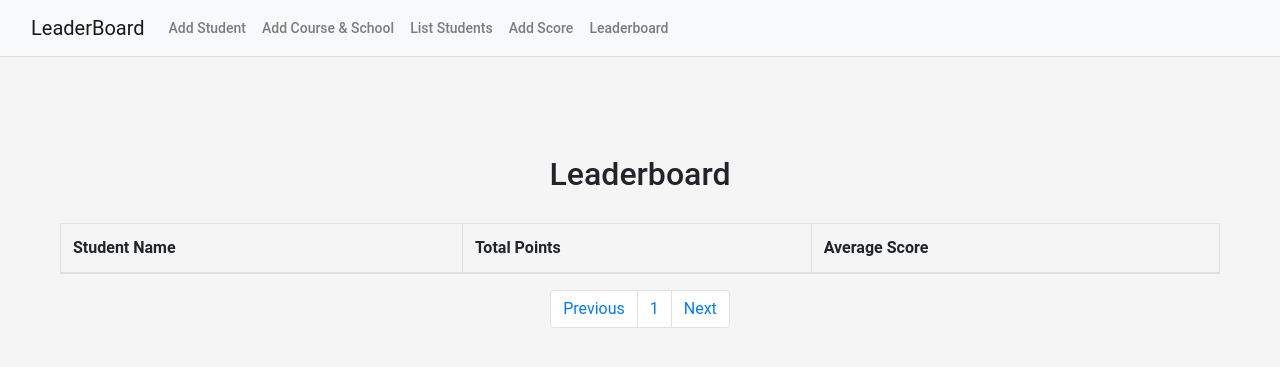
Repository: bigbodhiacademy/gBoard
Page: http://localhost/leaderboard.php?page=0
These files come from the project's save history. The page is drawn as it stood at one moment and after the next save; the edit follows.
The browser window is 1280 px wide. The pictures show the whole page.
The page is run by PHP 8.4 with error messages shown; the project is at /var/www/html/. The database holds what the project's SQL file puts in it.

Above is the page before, as saved 2023-04-21 22:02:37.
Not found: scripts.js

### leaderboard.php
<?php require_once 'functions.php'; ?>
<?php
    $limit = 10; // Number of rows to display per page
    $currentPage = isset($_GET['page']) ? intval($_GET['page']) : 1;
    $offset = ($currentPage - 1) * $limit;
    $totalRows = getLeaderboardRowCount();
    $totalPages = ceil($totalRows / $limit);
?>
<?php include 'header.php'; ?>


<div class="container mt-5">
    <h2 class="text-center">Leaderboard</h2>
    <table class="table table-bordered">
        <thead>
            <tr>
                <th>Student Name</th>
                <th>Total Points</th>
                <th>Average Score</th>
            </tr>
        </thead>
        <tbody>
            <?php
            $rank = 1;
            $leaderboardData = getLeaderboardData($offset, $limit);
            while ($row = $leaderboardData->fetch_assoc()):
            ?>
                <tr>
                    <th scope="row"><?php echo $rank; ?></th>
                    <td><?php echo $row['name']; ?> <?php echo getBadgeForRank($rank); ?></td>
                    <td><?php echo $row['total_points']; ?></td>
                    <td><?php echo number_format($row['average_score'], 2); ?></td>
                </tr>
            <?php
            $rank++;
            endwhile;
            ?>
        </tbody>


    </table>

    <!-- Add pagination links -->
    <nav aria-label="Page navigation">
    <ul class="pagination justify-content-center">
    <li class="page-item <?php if ($currentPage == 1) echo 'disabled'; ?>">
                <a class="page-link" href="?page=<?php echo $currentPage - 1; ?>" tabindex="-1" aria-disabled="true">Previous</a>
            </li>
            <?php for ($i = 1; $i <= $totalPages; $i++): ?>
                <li class="page-item <?php if ($i == $currentPage) echo 'active'; ?>"><a class="page-link" href="?page=<?php echo $i; ?>"><?php echo $i; ?></a></li>
            <?php endfor; ?>
            <li class="page-item <?php if ($currentPage == $totalPages) echo 'disabled'; ?>">
                <a class="page-link" href="?page=<?php echo $currentPage + 1; ?>">Next</a>
            </li>
        </ul>
    </nav>
</div>


<?php include 'footer.php'; ?>

### functions.php
<?php
include 'db_connection.php';

if ($_SERVER['REQUEST_METHOD'] == 'POST') {
  if (isset($_POST['action'])) {
      $action = $_POST['action'];

      switch ($action) {
        case 'add_student':
          $name = $_POST['student_name'];
          $email = $_POST['email'];
          $course_id = $_POST['course_id'];
          $school_id = $_POST['school_id'];
          addStudent($name, $email, $course_id, $school_id);
          header('Location: add_student.php?message=Student+Added');
          exit();

        case 'add_course':
          $course_name = $_POST['course_name'];
          $course_description = $_POST['course_description'];
          addCourse($course_name, $course_description);
          header('Location: add_school_course.php?message=Course+Added');
          exit();

        case 'add_school':
          $school_name = $_POST['school_name'];
          $location = $_POST['location'];
          addSchool($school_name, $location);
          header('Location: add_school_course.php?message=School+Added');
          exit();

        case 'edit_student':
          $student_id = $_POST['student_id'];
          $name = $_POST['student_name'];
          $email = $_POST['email'];
          $course_id = $_POST['course_id'];
          $school_id = $_POST['school_id'];
          editStudent($student_id, $name, $email, $course_id, $school_id);
          header('Location: list_students.php');
          exit();

        case 'add_score':
          $student_id = $_POST['student_id'];
          $date = $_POST['date'];
          $category1 = $_POST['score1'];
          $category2 = $_POST['score2'];
          $category3 = $_POST['score3'];
          $category4 = $_POST['score4'];
          addScore($student_id, $date, $category1, $category2, $category3, $category4);
          updateLeaderboard();

          header('Location: add_score.php');
          exit();

        case 'check_score_exists':
          if (isset($_POST['student_id'])) {
            $student_id = $_POST['student_id'];
            $date = $_POST['date'];
            $scoreExists = checkScoreExists($student_id, $date);
            echo json_encode($scoreExists);
            exit();
          }

        case 'get_student_scores':
          if (isset($_POST['student_id'])) {
            $student_id = $_POST['student_id'];
            $scores = getStudentScores($student_id);
            $scoresArray = array();
            while ($score = $scores->fetch_assoc()) {
                $scoresArray[] = $score;
            }
            echo json_encode($scoresArray);
          }

        case 'delete_score':
          if (isset($_POST['score_id'])) {
            $score_id = $_POST['score_id'];
            $deletedRows = deleteScore($score_id);
            if ($deletedRows > 0) {
              echo 'Score deleted successfully';
            } else {
              echo 'Error deleting score';
            }
            updateLeaderboard();

          }
          exit();

        case 'update_score':
          if (isset($_POST['score_id']) && isset($_POST['category1']) && isset($_POST['category2']) && isset($_POST['category3']) && isset($_POST['category4'])) {
              $score_id = $_POST['score_id'];
              $category1 = $_POST['category1'];
              $category2 = $_POST['category2'];
              $category3 = $_POST['category3'];
              $category4 = $_POST['category4'];

              $affectedRows = updateScore($score_id, $category1, $category2, $category3, $category4);
              if ($affectedRows > 0) {
                  echo 'Score updated successfully';
              } else {
                  echo 'Error updating score';
              }
              updateLeaderboard();

          }
          exit();
      }
  }
}

if ($_SERVER['REQUEST_METHOD'] == 'GET') {
  if (isset($_GET['action'])) {
    $action = $_GET['action'];
    if($action == 'delete_student'){
      $student_id = $_GET['id'];
      deleteStudent($student_id);
      header('Location: list_students.php');
      exit();
    }
  }
}


function addSchool($school_name, $location) {
  $conn = getConnection();

  $stmt = $conn->prepare("INSERT INTO schools (name, location) VALUES (?, ?)");
  $stmt->bind_param("ss", $school_name, $location);

  $stmt->execute();

  $stmt->close();
  $conn->close();
}

function getSchools() {
  global $conn;
  $schools = array();

  $query = "SELECT * FROM schools";
  $result = mysqli_query($conn, $query);

  if (mysqli_num_rows($result) > 0) {
      while ($row = mysqli_fetch_assoc($result)) {
          $schools[] = $row;
      }
  }

  return $schools;
}

function getSchoolById($school_id) {
  global $conn;
  $sql = "SELECT * FROM schools WHERE id = ?";
  $stmt = $conn->prepare($sql);
  $stmt->bind_param("i", $school_id);
  $stmt->execute();
  $result = $stmt->get_result();
  return $result->fetch_assoc();
}



function addCourse($course_name, $course_description) {
  global $conn;
  $date_added = date('Y-m-d');
  $sql = "INSERT INTO courses (name, description, date_added) VALUES (?, ?, ?)";

  $stmt = $conn->prepare($sql);
  $stmt->bind_param("sss", $course_name, $course_description, $date_added);
  $stmt->execute();
  $stmt->close();
  $conn->close();
}
function getCourseById($course_id) {
  global $conn;
  $sql = "SELECT * FROM courses WHERE id = ?";
  $stmt = $conn->prepare($sql);
  $stmt->bind_param("i", $course_id);
  $stmt->execute();
  $result = $stmt->get_result();
  return $result->fetch_assoc();
}


function editStudent($student_id, $name, $email, $course_id, $school_id) {
  global $conn;
  $query = "UPDATE students SET name = ?, email = ?, course_id = ?, school_id = ? WHERE id = ?";
  $stmt = mysqli_prepare($conn, $query);
  mysqli_stmt_bind_param($stmt, 'ssiii', $name, $email, $course_id, $school_id, $student_id);
  mysqli_stmt_execute($stmt);
}

function getStudentsWithCourseName() {
  $students = array();
  global $conn;

  $sql = "SELECT students.id, students.name, students.email, courses.name as course_name
          FROM students
          INNER JOIN courses ON students.course_id = courses.id";

  $result = $conn->query($sql);

  if ($result->num_rows > 0) {
      while ($row = $result->fetch_assoc()) {
          $students[] = $row;
      }
  }
  $conn->close();

  return $students;
}

function getStudentById($student_id) {
  global $conn;
  $query = "SELECT * FROM students WHERE id = ?";
  $stmt = mysqli_prepare($conn, $query);
  mysqli_stmt_bind_param($stmt, 'i', $student_id);
  mysqli_stmt_execute($stmt);
  $result = mysqli_stmt_get_result($stmt);
  return mysqli_fetch_assoc($result);
}


function addStudent($name, $email, $course_id, $school_id) {
  global $conn;
  //echo "add student";
  //print_r($name,$course_id);
  $stmt = $conn->prepare("INSERT INTO students (name, email, course_id, school_id) VALUES (?, ?, ?, ?)");
  $stmt->bind_param("ssii", $name, $email, $course_id, $school_id);

  $stmt->execute();

  $stmt->close();
  $conn->close();
}


/*function editStudent($id, $name, $email, $course_id) {
  global $conn;

  $stmt = $conn->prepare("UPDATE students SET name = ?, email = ?, course_id = ? WHERE id = ?");
  $stmt->bind_param("ssii", $name, $email, $course_id, $id);

  return $stmt->execute();
}*/

function deleteStudent1($id) {
  global $conn;

  $stmt = $conn->prepare("DELETE FROM students WHERE id = ?");
  $stmt->bind_param("i", $id);

  $stmt->execute();
  $stmt->close();
  $conn->close();
}
function deleteStudent($student_id) {
  global $conn;
  $query = "DELETE FROM students WHERE id = ?";
  $stmt = mysqli_prepare($conn, $query);
  mysqli_stmt_bind_param($stmt, 'i', $student_id);
  mysqli_stmt_execute($stmt);
}

function getAllStudents1() {
  global $conn;
  $sql = "SELECT students.*, courses.name as course_name, schools.name as school_name FROM students INNER JOIN courses ON students.course_id = courses.id INNER JOIN schools ON students.school_id = schools.id";
  $result = mysqli_query($conn, $sql);

  $students = array();
  if (mysqli_num_rows($result) > 0) {
      while ($row = mysqli_fetch_assoc($result)) {
          $students[] = $row;
      }
  }

  return $students;
}

function getAllStudents() {
  global $conn;
  $sql = "SELECT * FROM students";
  $result = $conn->query($sql);
  return $result;
}


function getStudents() {
  global $conn;

  $result = $conn->query("SELECT * FROM students");
  return $result->fetch_all(MYSQLI_ASSOC);
}

function getCourses() {
  global $conn;

  $result = $conn->query("SELECT * FROM courses");
  return $result->fetch_all(MYSQLI_ASSOC);
}

function addScore($student_id, $date, $category1, $category2, $category3, $category4) {
  global $conn;
  $query = "INSERT INTO scores (student_id, date, category1, category2, category3, category4) VALUES (?, ?, ?, ?, ?, ?)";
  $stmt = mysqli_prepare($conn, $query);
  mysqli_stmt_bind_param($stmt, 'isiiii', $student_id, $date, $category1, $category2, $category3, $category4);
  mysqli_stmt_execute($stmt);
}

function checkScoreExists($student_id, $date) {
  global $conn;

  $stmt = $conn->prepare("SELECT COUNT(*) as count FROM scores WHERE student_id = ? AND date = ?");
  $stmt->bind_param("is", $student_id, $date);
  $stmt->execute();
  $result = $stmt->get_result();
  $row = $result->fetch_assoc();

  return $row['count'] > 0;
}


function getStudentScores($student_id) {
  global $conn;
  $sql = "SELECT * FROM scores WHERE student_id = ?";
  $stmt = $conn->prepare($sql);
  $stmt->bind_param("i", $student_id);
  $stmt->execute();
  $result = $stmt->get_result();
  return $result;
}

function updateScore($scoreId, $category1, $category2, $category3, $category4) {
  global $conn;

  $stmt = $conn->prepare("UPDATE scores SET category1=?, category2=?, category3=?, category4=? WHERE id=?");
  $stmt->bind_param("iiiii", $category1, $category2, $category3, $category4, $scoreId);

  if ($stmt->execute()) {
      return true;
  } else {
    error_log("Update Score Error: " . $stmt->error);
      return false;
  }
}


function deleteScore($score_id) {
  global $conn;
  $sql = "DELETE FROM scores WHERE id = ?";
  $stmt = $conn->prepare($sql);
  $stmt->bind_param("i", $score_id);
  $stmt->execute();
  return $stmt->affected_rows;
}


function calculatePointsAndAverageScores() {
  global $conn;

  $students = getAllStudents();
  $results = [];

  while ($student = $students->fetch_assoc()) {
    $studentId = $student['id'];
    $scores = getStudentScores($studentId);

    $totalPoints = 0;
    $scoreCount = 0;

    while ($score = $scores->fetch_assoc()) {
      $totalPoints += $score['category1'] + $score['category2'] + $score['category3'] + $score['category4'];
      $scoreCount++;
    }

    $averageScore = $scoreCount > 0 ? $totalPoints / $scoreCount : 0;
    $results[] = ['student_id' => $studentId, 'total_points' => $totalPoints, 'average_score' => $averageScore];
  }

  return $results;
}

function updateLeaderboard() {
  global $conn;

  $pointsAndAverageScores = calculatePointsAndAverageScores();

  foreach ($pointsAndAverageScores as $result) {
    $studentId = $result['student_id'];
    $totalPoints = $result['total_points'];
    $averageScore = $result['average_score'];

    $stmt = $conn->prepare("INSERT INTO leaderboard (student_id, total_points, average_score) VALUES (?, ?, ?) ON DUPLICATE KEY UPDATE total_points = VALUES(total_points), average_score = VALUES(average_score)");
    $stmt->bind_param("iii", $studentId, $totalPoints, $averageScore);
    $stmt->execute();
  }
}

function getLeaderboardData($offset, $limit) {
  global $conn;

  $sql = "SELECT students.name, leaderboard.total_points, leaderboard.average_score FROM leaderboard INNER JOIN students ON leaderboard.student_id = students.id ORDER BY total_points DESC, average_score DESC LIMIT ?, ?";
  $stmt = $conn->prepare($sql);
  $stmt->bind_param("ii", $offset, $limit);
  $stmt->execute();

  $result = $stmt->get_result();
  return $result;
}


function getLeaderboardRowCount() {
  global $conn;

  $sql = "SELECT COUNT(*) as total_rows FROM leaderboard";
  $result = $conn->query($sql);
  $row = $result->fetch_assoc();

  return $row['total_rows'];
}

function getBadgeForRank($rank) {
  switch ($rank) {
      case 1:
          return '<span class="badge bg-gold">🥇</span>';
      case 2:
          return '<span class="badge bg-silver">🥈</span>';
      case 3:
          return '<span class="badge bg-bronze">🥉</span>';
      default:
          return '';
  }
}

?>

### db_connection.php
<?php
$servername = "localhost"; // Replace with your MySQL server address if it's not "localhost"
$username = "root"; // Replace with your MySQL username
$password = ""; // Replace with your MySQL password
$dbname = "leaderboard4";

// Create connection
$conn = new mysqli($servername, $username, $password, $dbname);

// Check connection
if ($conn->connect_error) {
  die("Connection failed: " . $conn->connect_error);
}
?>

### header.php
<!DOCTYPE html>
<html lang="en">

<head>
    <meta charset="UTF-8">
    <meta name="viewport" content="width=device-width, initial-scale=1.0">
    <title>LeaderBoard</title>
    <link href="https://cdn.jsdelivr.net/npm/bootstrap@5.1.3/dist/css/bootstrap.min.css" rel="stylesheet">
    <link rel="stylesheet" href="https://maxcdn.bootstrapcdn.com/bootstrap/4.5.2/css/bootstrap.min.css">
    <script src="https://ajax.googleapis.com/ajax/libs/jquery/3.5.1/jquery.min.js"></script>
    <script src="https://cdnjs.cloudflare.com/ajax/libs/popper.js/1.16.0/umd/popper.min.js"></script>
    <script src="https://maxcdn.bootstrapcdn.com/bootstrap/4.5.2/js/bootstrap.min.js"></script>
    <link href="https://maxcdn.bootstrapcdn.com/font-awesome/4.7.0/css/font-awesome.min.css" rel="stylesheet" />

    <link rel="stylesheet" href="styles.css">
    <script src="scripts.js"></script>
</head>

<body>
    <nav class="navbar navbar-expand-lg navbar-light bg-light">
        <div class="container-fluid">
            <a class="navbar-brand" href="index.php">LeaderBoard</a>
            <button class="navbar-toggler" type="button" data-bs-toggle="collapse" data-bs-target="#navbarNav" aria-controls="navbarNav" aria-expanded="false" aria-label="Toggle navigation">
                <span class="navbar-toggler-icon"></span>
            </button>
            <div class="collapse navbar-collapse" id="navbarNav">
                <ul class="navbar-nav">
                    <li class="nav-item">
                        <a class="nav-link" href="add_student.php">Add Student</a>
                    </li>
                    <li class="nav-item">
                        <a class="nav-link" href="add_school_course.php">Add Course & School</a>
                    </li>
                    <li class="nav-item">
                        <a class="nav-link" href="list_students.php">List Students</a>
                    </li>
                    <li class="nav-item">
                        <a class="nav-link" href="add_score.php">Add Score</a>
                    </li>
                    <li class="nav-item">
                        <a class="nav-link" href="leaderboard.php">Leaderboard</a>
                    </li>
                </ul>
            </div>
        </div>
    </nav>

### footer.php
<script src="https://code.jquery.com/jquery-3.6.0.min.js"></script>
    <script src="https://cdn.jsdelivr.net/npm/@popperjs/core@2.11.6/dist/umd/popper.min.js"></script>
    <script src="https://cdn.jsdelivr.net/npm/bootstrap@5.1.3/dist/js/bootstrap.min.js"></script>
    <script src="scripts.js"></script>
</body>

</html>

### styles.css
body {
    font-family: 'Roboto', sans-serif;
    background-color: #f5f5f5;
}

.container {
    max-width: 1200px;
    margin: 0 auto;
    padding: 50px 20px;
}

h2 {
    font-weight: 500;
    margin-bottom: 30px;
}

.btn {
    border-radius: 5px;
}

.navbar {
    border-bottom: 1px solid #e0e0e0;
}

.nav-link {
    font-size: 14px;
    font-weight: 500;
}

.form-group {
    margin-bottom: 20px;
}

.table {
    background-color: #fff;
    border-radius: 5px;
}

.table thead {
    background-color: #f5f5f5;
}
.stars {
    font-size: 24px;
    color: gray;
    display: inline-block;
    position: relative;
    padding: 0;
    cursor: pointer;
}

.stars:before {
    /*content: '\f006 \f006 \f006 \f006 \f006';*/
    font-family: FontAwesome;
}

.stars>input {
    display: none;
}

.stars:hover:before,
.stars:hover ~ .stars:before,
.stars input:checked ~ .stars:before {
    color: gold;
    text-shadow: 0 0 5px rgba(255, 215, 0, 0.8);
}

### leaderboard4.sql (the tables this page reads)
CREATE TABLE `leaderboard` (
  `id` int(11) NOT NULL,
  `student_id` int(11) DEFAULT NULL,
  `total_points` int(11) DEFAULT NULL,
  `average_score` float DEFAULT NULL
) ENGINE=InnoDB DEFAULT CHARSET=utf8mb4;

INSERT INTO `leaderboard` (`id`, `student_id`, `total_points`, `average_score`) VALUES
(9, 19, 30, 15),
(10, 23, 13, 13),
(19, 24, 30, 15),
(32, 25, 18, 18);

ALTER TABLE `leaderboard`
  ADD PRIMARY KEY (`id`),
  ADD UNIQUE KEY `student_id` (`student_id`);

ALTER TABLE `leaderboard`
  MODIFY `id` int(11) NOT NULL AUTO_INCREMENT, AUTO_INCREMENT=33;

ALTER TABLE `leaderboard`
  ADD CONSTRAINT `leaderboard_ibfk_1` FOREIGN KEY (`student_id`) REFERENCES `students` (`id`);

CREATE TABLE `students` (
  `id` int(11) NOT NULL,
  `name` varchar(255) NOT NULL,
  `email` varchar(255) NOT NULL,
  `course_id` int(11) NOT NULL,
  `school_id` int(11) NOT NULL
) ENGINE=InnoDB DEFAULT CHARSET=utf8mb4;

INSERT INTO `students` (`id`, `name`, `email`, `course_id`, `school_id`) VALUES
(19, 'dinesh', 'eng@gm', 1, 2),
(23, 'Guru', 'DFI@jf', 2, 1),
(24, 'ram', 'sde@gsh', 1, 1),
(25, 'john', 'hhui@ggjlk', 1, 1);

ALTER TABLE `students`
  ADD PRIMARY KEY (`id`),
  ADD KEY `course_id` (`course_id`),
  ADD KEY `school_id` (`school_id`);

ALTER TABLE `students`
  MODIFY `id` int(11) NOT NULL AUTO_INCREMENT, AUTO_INCREMENT=26;

ALTER TABLE `students`
  ADD CONSTRAINT `students_ibfk_1` FOREIGN KEY (`course_id`) REFERENCES `courses` (`id`),
  ADD CONSTRAINT `students_ibfk_2` FOREIGN KEY (`school_id`) REFERENCES `schools` (`id`);

After the next save:
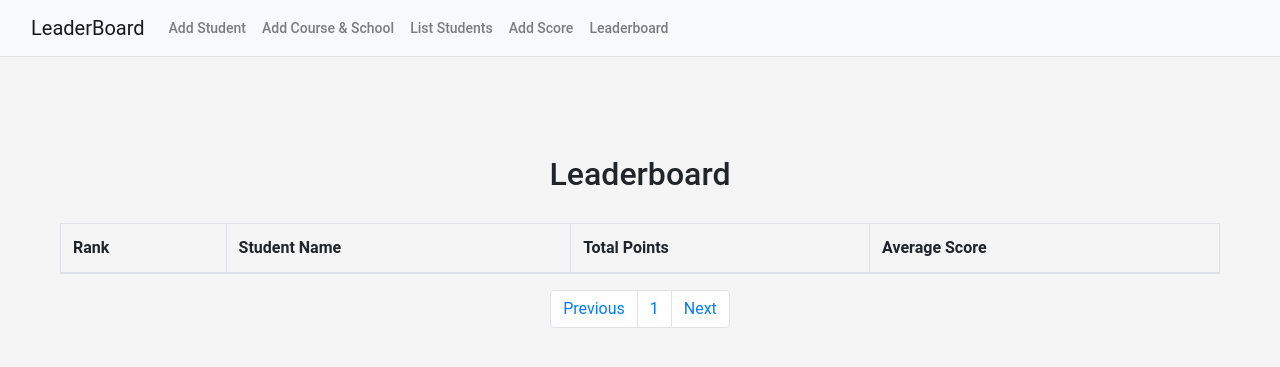
Saved 31 s later.
--- a/leaderboard.php
+++ b/leaderboard.php
@@ -14,6 +14,7 @@
     <table class="table table-bordered">
         <thead>
             <tr>
+                <th>Rank</th>
                 <th>Student Name</th>
                 <th>Total Points</th>
                 <th>Average Score</th>
